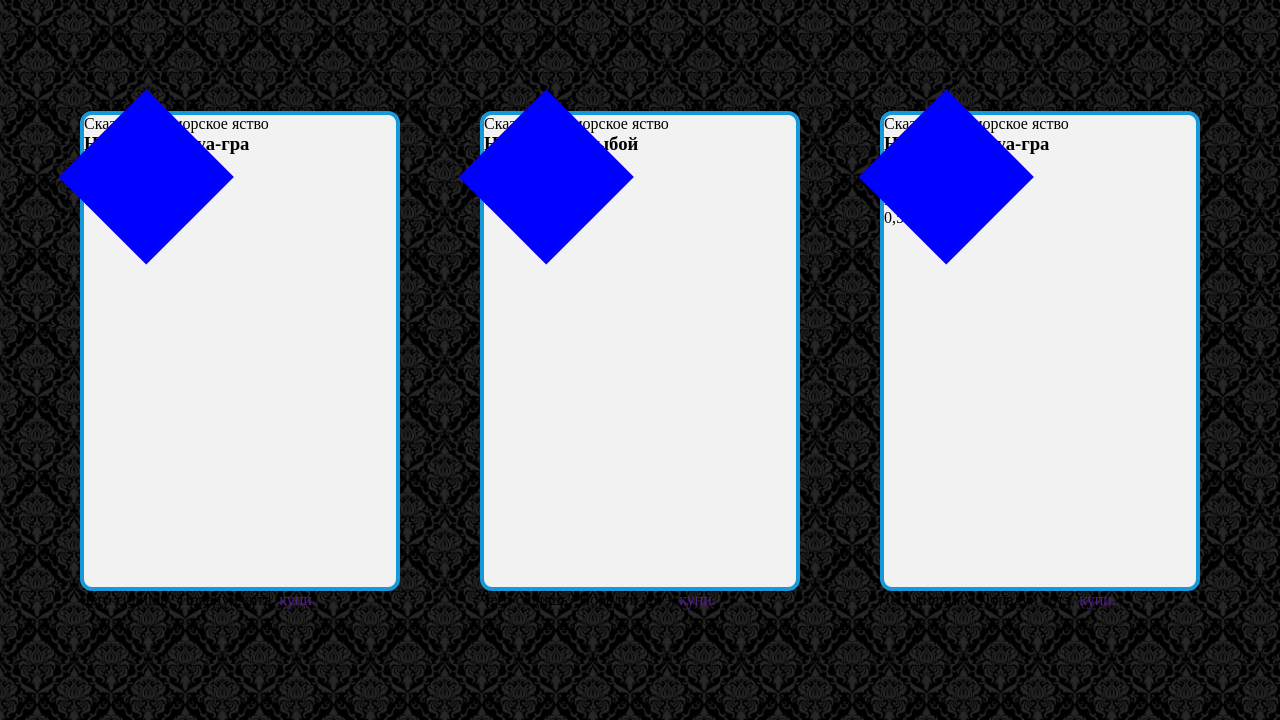
Repository: acbukka/tech-qt
Page: index.html
The author's editor kept a copy of each file at every save. The page is drawn from the files as they stood at one save, then again after the next save.
The browser window is 1280 px wide. The pictures show the whole page.

Above is the page before, as saved 2022-06-17 16:00:19.

After the next save:
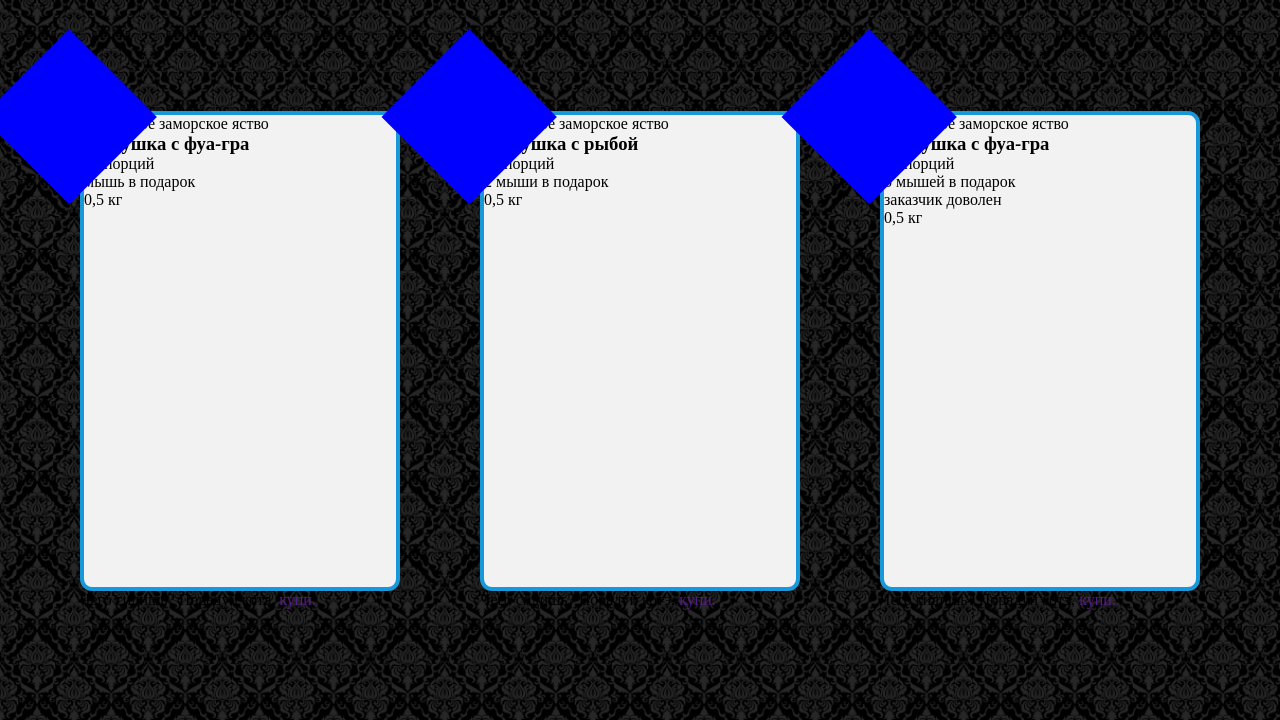
Saved 114 s later.
--- a/src/style.css
+++ b/src/style.css
@@ -99,8 +99,12 @@
   width: 124.45px;
   height: 124.45px;
   background: blue;
-  top: 0;
-  left: 0;
+  /* top: 0;
+  left: 0; */
+  left: -24.69%;
+  right: 85.8%;
+  top: -12.77%;
+  bottom: 88.32%;
   transform:  rotate(45deg);
 }
 
